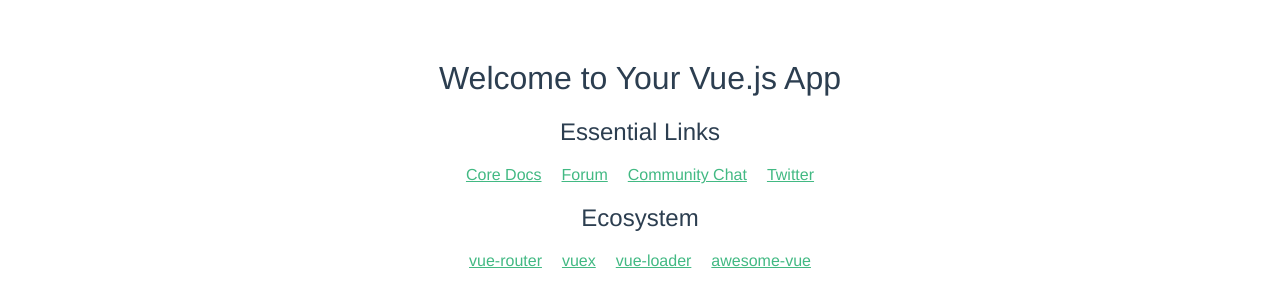
Repository: Honey-hoo/vue-h-toast
Page: /
These files come from the project's save history. The page is drawn as it stood at one moment and after the next save; the edit follows.
The browser window is 1280 px wide. The pictures show the whole page.
The project was rebuilt for these pictures with package versions that can differ from the ones it lists, and the page was loaded fresh each time. Also part of the build but not shown: webpack.config.js.

Above is the page before, as saved 2019-03-05 15:50:48.

After the next save:
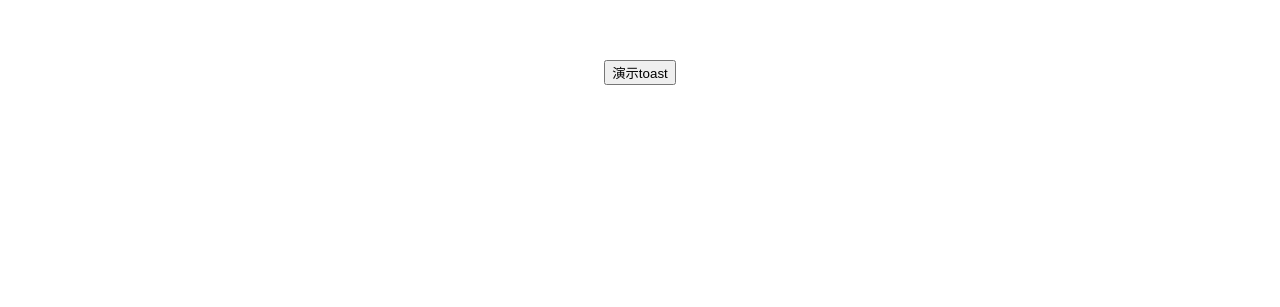
Saved 4 min 16 s later.
--- a/src/App.vue
+++ b/src/App.vue
@@ -1,20 +1,6 @@
 <template>
   <div id="app">
-    <h1>{{ msg }}</h1>
-    <h2>Essential Links</h2>
-    <ul>
-      <li><a href="https://vuejs.org" target="_blank">Core Docs</a></li>
-      <li><a href="https://forum.vuejs.org" target="_blank">Forum</a></li>
-      <li><a href="https://chat.vuejs.org" target="_blank">Community Chat</a></li>
-      <li><a href="https://twitter.com/vuejs" target="_blank">Twitter</a></li>
-    </ul>
-    <h2>Ecosystem</h2>
-    <ul>
-      <li><a href="http://router.vuejs.org/" target="_blank">vue-router</a></li>
-      <li><a href="http://vuex.vuejs.org/" target="_blank">vuex</a></li>
-      <li><a href="http://vue-loader.vuejs.org/" target="_blank">vue-loader</a></li>
-      <li><a href="https://github.com/vuejs/awesome-vue" target="_blank">awesome-vue</a></li>
-    </ul>
+    <button @click=Toast>演示toast</button>
   </div>
 </template>
 
@@ -24,6 +10,11 @@
   data () {
     return {
       msg: 'Welcome to Your Vue.js App'
+    }
+  },
+  methods: {
+    Toast() {
+      console.log('打印啊')
     }
   }
 }
